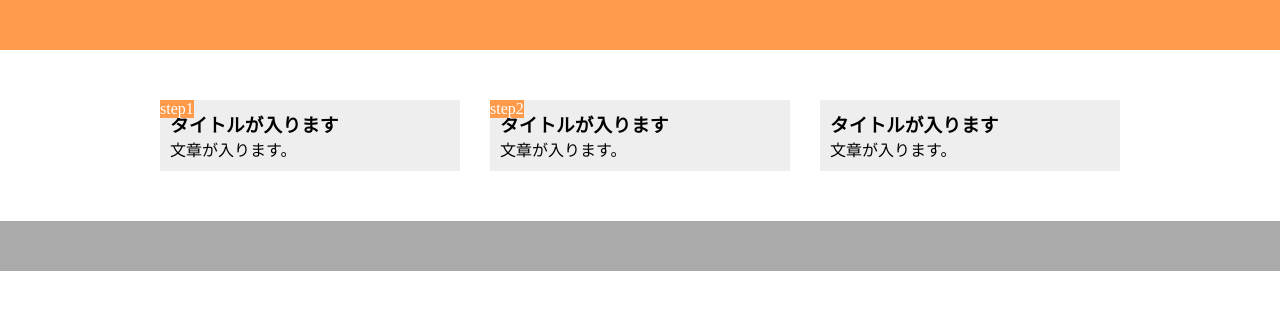
Repository: yofuu/caravan-chapter4
Page: chpter9/chapter10.html
The author's editor kept a record of every edit. The page is drawn from the files as they stood at one moment, then again after the next edit.
The browser window is 1280 px wide. The pictures show the whole page.

Above is the page before.

### chpter9/chapter10.html
<!DOCTYPE html>
<html lang="ja">
  <head>
    <meta charset="UTF-8" />
    <link rel="stylesheet" href="chapter10.css" />
    <title>HTML.１０章確認問題</title>
  </head>

  <body>
    <header></header>

    <main>
      <div class="step-box">
      <div class="blog-img1"></div>
      <h3>タイトルが入ります</h3>
      <p>文章が入ります。</p>
      <div class="step-num">
        <p>step1</p>
      </div>
      </div>

      <div class="step-box">
      <div class="blog-img2"></div>
      <h3>タイトルが入ります</h3>
      <p>文章が入ります。</p>
      <div class="step-num">
        <p>step2</p>
      </div>
      </div>

      <div class="step-box">
      <div class="blog-img3"></div>
      <h3>タイトルが入ります</h3>
      <p>文章が入ります。</p>
      </div>



    </main>

    <footer></footer>

  </body>
</html>

### chpter9/chapter10.css
* {
  box-sizing: border-box;
  margin: 0;
  padding: 0;
}

header {
  height: 50px;
  background-color: #ff9a4b;
}

main {
  width: 960px;
  margin: 50px auto;
  display: flex;
}

.step-box {
  width: 300px;
  margin-right: 30px;
  padding: 10px;
  position: relative;
  background-color: #eee;
}

.step-box:last-child {
  margin-right: 0;
}

. blog-img1 {
  height: 150px;
  background-image: url(img/flow01.png);
  background-position: bottom;
  background-size: cover;
}

.-img2 {
  height: 150px;
  background-image: url(img/flow02.png);
  background-position: bottom;
  background-size: cover;
}
.step-img3 {
  height: 150px;
  background-image: url(img/flow03.png);
  background-position: bottom;
  background-size: cover;
}

.step-num {
  position: absolute;
  top: 0;
  left: 0;
  background-color: #ff9a4b;
  color: #fff;
}

.title {
  margin: 15px 0 5px;
}

footer {
  height: 50px;
  background-color: #aaa;
}

After the next edit:
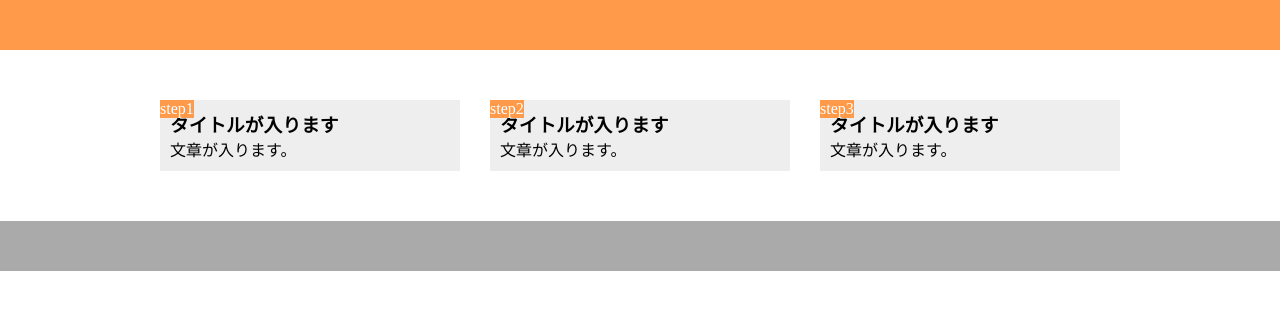
The edit:
--- a/chpter9/chapter10.html
+++ b/chpter9/chapter10.html
@@ -32,6 +32,9 @@
       <div class="blog-img3"></div>
       <h3>タイトルが入ります</h3>
       <p>文章が入ります。</p>
+      <div class="step-num">
+        <p>step3</p>
+      </div>
       </div>
 
 
